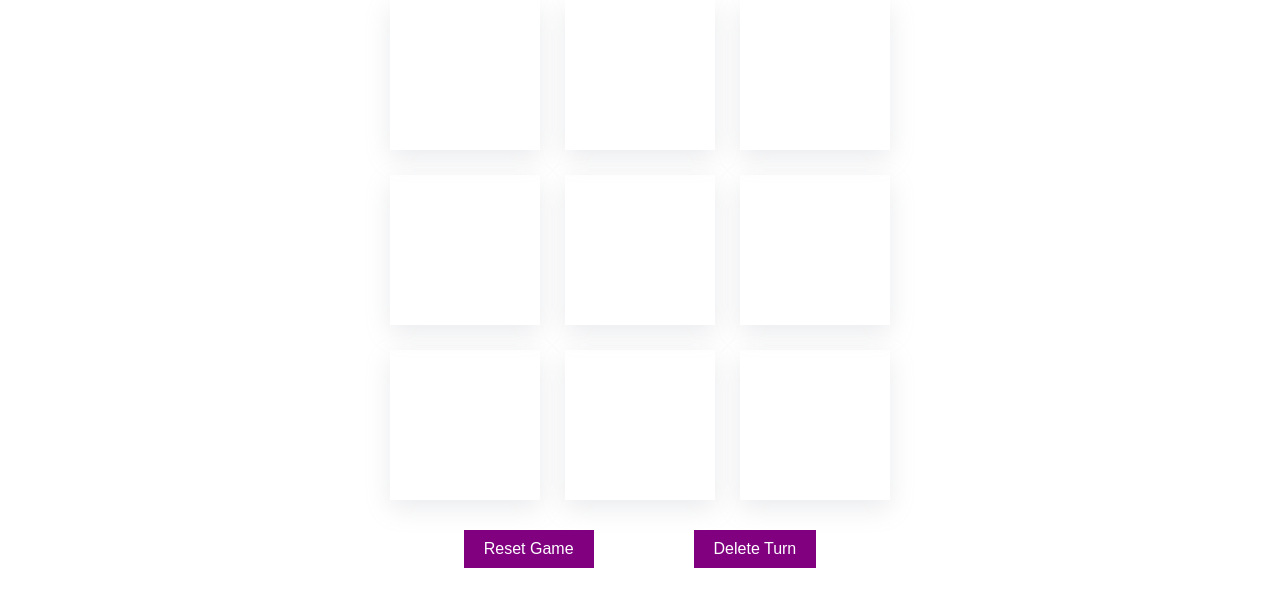
Repository: 16-Doffy/FE-Js
Page: /
The author's editor kept a copy of each file at every save. The page is drawn from the files as they stood at one save, then again after the next save.
The browser window is 1280 px wide. The pictures show the whole page.
The project was rebuilt for these pictures with package versions that can differ from the ones it lists, and the page was loaded fresh each time. Also part of the build but not shown: src/App.css, src/components/state/ToggleStyles.css, src/components/state/Toggle.js.

Above is the page before, as saved 2025-01-07 16:59:38.

After the next save:
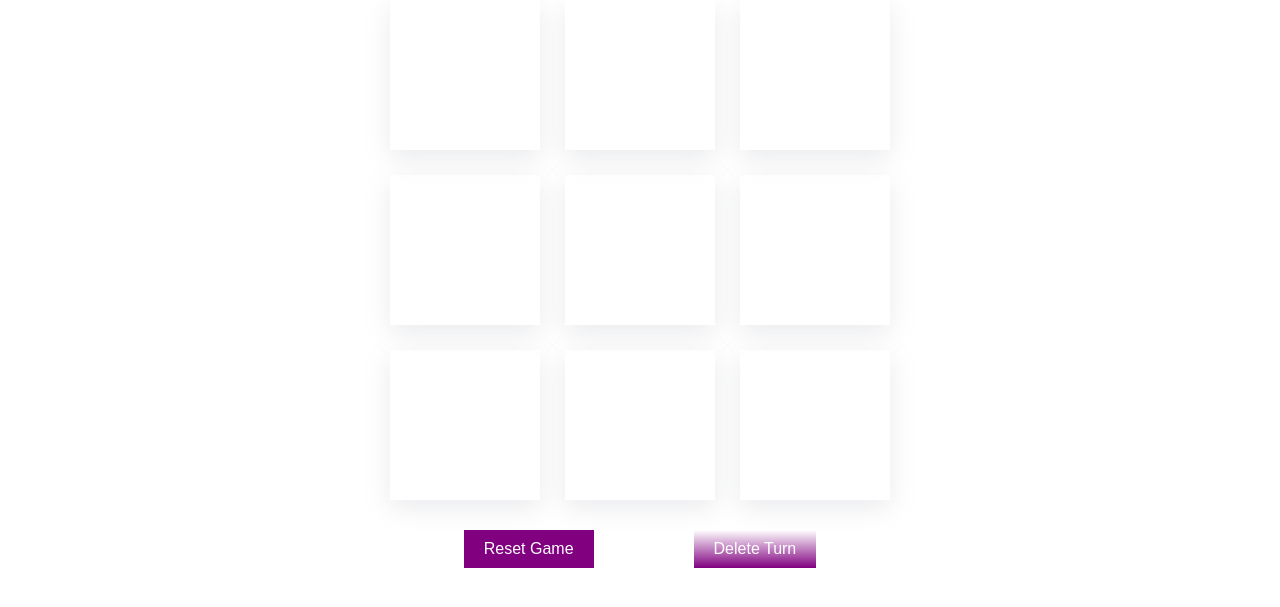
Saved 43 s later.
--- a/src/components/tictacle/GameStyle.css
+++ b/src/components/tictacle/GameStyle.css
@@ -35,7 +35,7 @@
 .game-resut {
     padding: 10px 20px;
     color: white;
-    background-color: purple;
+    background-image: linear-gradient(to bottom,white,purple);
     font-size: 16px;
     border: none;
     outline: none;
